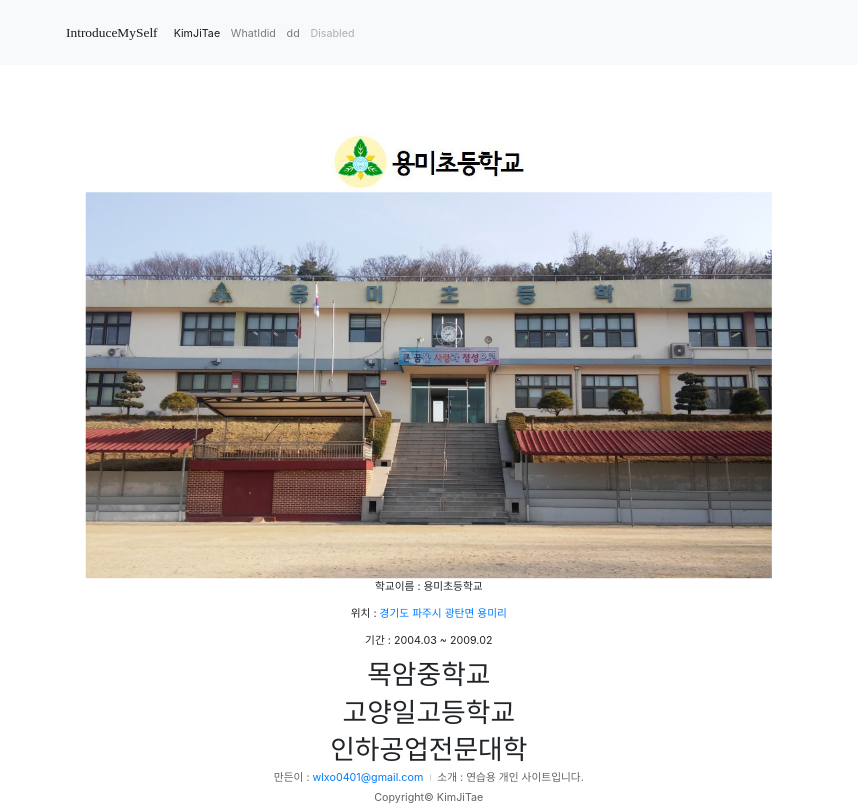
Repository: wlxo0401/IntroduveMySelf
Page: IntroduceMySelf/WebContent/KimJiTae.html
The author's editor kept a copy of each file at every save. The page is drawn from the files as they stood at one save, then again after the next save.
The browser window is 1280 px wide. The pictures show the whole page, at 67% of full size.

Above is the page before, as saved 2020-03-11 06:54:38.

After the next save:
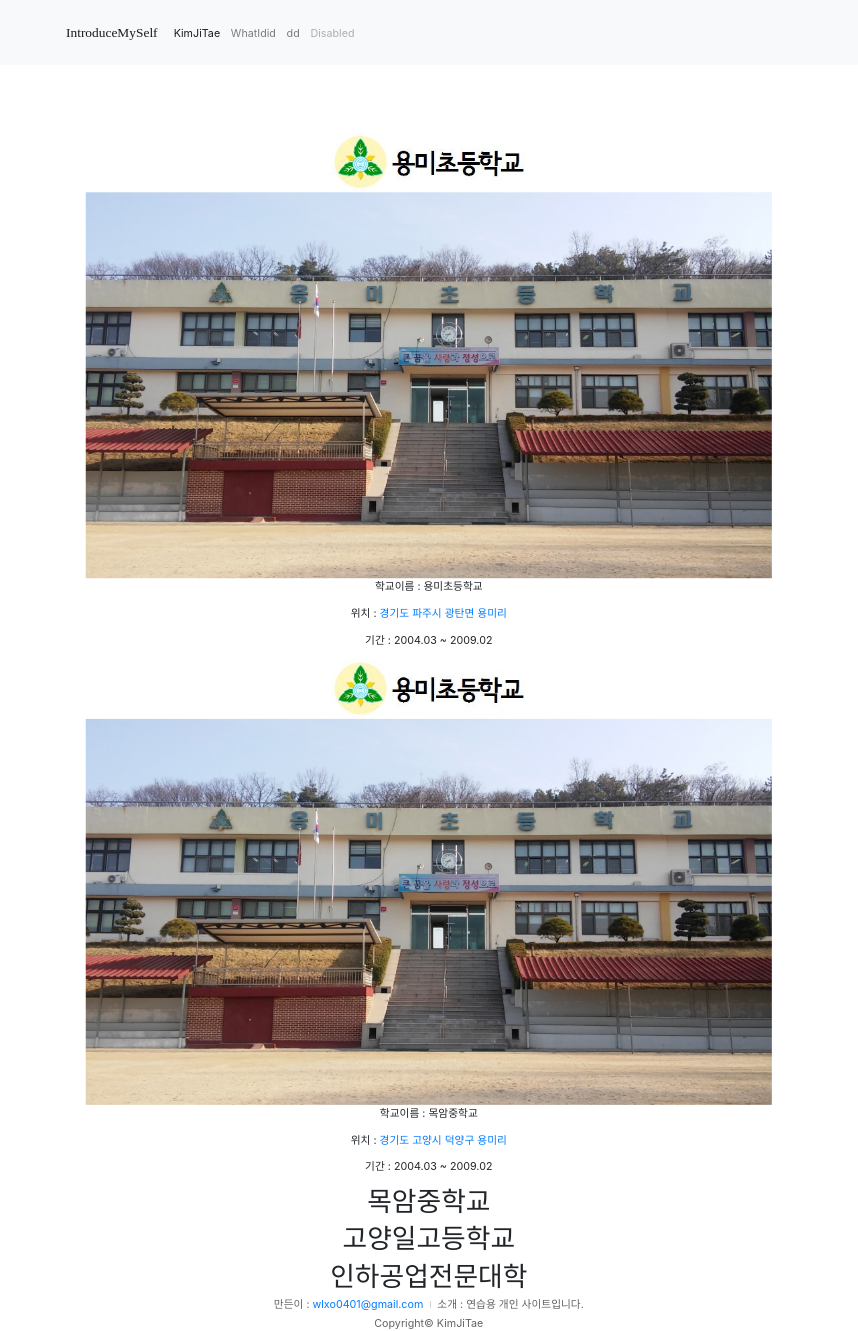
Saved 3 min 56 s later.
--- a/IntroduceMySelf/WebContent/KimJiTae.html
+++ b/IntroduceMySelf/WebContent/KimJiTae.html
@@ -51,7 +51,12 @@
 			<p>기간 : 2004.03 ~ 2009.02</p>
 		</div>
 		<div class ="MiddleSchool">
-
+			<img src="img/eslogo.jpg" alt="My Image">
+			<img src="img/espic.jpg" alt="My Image">
+			</br>
+			<p>학교이름 : 목암중학교</p>
+			<p>위치 : <a href='http://naver.me/xHH8JUWO'>경기도 고양시 덕양구 용미리</a> </p>
+			<p>기간 : 2004.03 ~ 2009.02</p>
 		</div>
 		<h1>목암중학교</h1>
 
